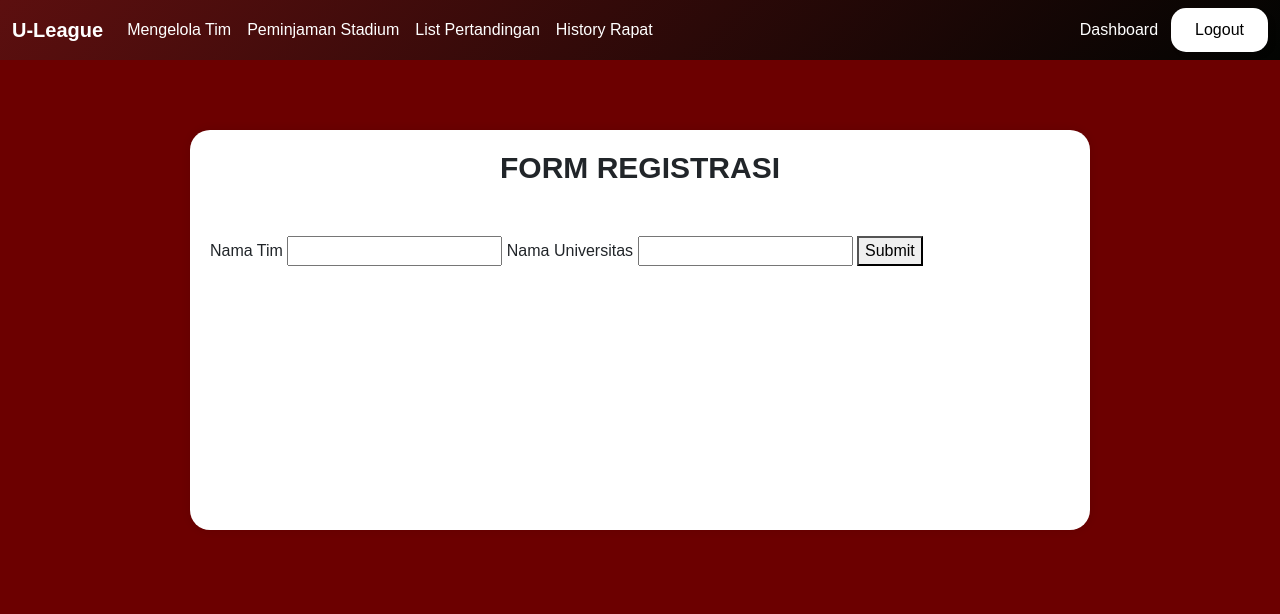
Repository: Basdat-F4/u-league
Page: team/templates/pendaftaran-tim.html
These files come from the project's save history. The page is drawn as it stood at one moment and after the next save; the edit follows.
The browser window is 1280 px wide. The pictures show the whole page.
The template is drawn by Django 4.2. The application's start-up code is not run. Other server files are loaded and not shown. The template is opened directly, without the code that normally fills it, so the values that code supplies are empty.

Above is the page before, as saved 2023-05-25 14:05:47.

### team/templates/pendaftaran-tim.html
<!DOCTYPE html>
<html>
<head>
	<title>Pendaftaran Tim</title>
    <meta charset="UTF-8">
    <meta http-equiv="X-UA-Compatible" content="IE=edge">
    <meta name="viewport" content="width=device-width, initial-scale=1.0">

    <link href="https://cdn.jsdelivr.net/npm/bootstrap@5.3.0-alpha3/dist/css/bootstrap.min.css" rel="stylesheet" integrity="sha384-KK94CHFLLe+nY2dmCWGMq91rCGa5gtU4mk92HdvYe+M/SXH301p5ILy+dN9+nJOZ" crossorigin="anonymous">
<style>
body {
	background-color: #6c0000;
	font-family: Arial, sans-serif;
	margin: 0;
	padding: 0;
}

.container {
	max-width: 1200px;
	margin: 0 auto;
	padding: 50px;
	display: flex;
	flex-wrap: wrap;
	justify-content: center;
	align-items: center;
}

.box {
    width: 900px;
    height: 400px;
	background-color: #fff;
	box-shadow: 0px 0px 10px rgba(0, 0, 0, 0.1);
	border-radius: 20px;
	padding: 20px;
	margin: 20px;
	min-width: center;

}

.box h2 {
	font-weight: bold;
	margin-top: 20;
    font-size: 30px;
}

.box h3 {
	margin-top: 0;
	margin-bottom: 0;
    font-size: 20px;
}
.box p{
    margin-top: 0;
	margin-bottom: 0;
    font-size: 15px;
    font-weight: lighter;
}
.box2 {
    width: 250px;
    height: 300px;
	background-color: #6c0000;
	box-shadow: 0px 0px 10px rgba(0, 0, 0, 0.1);
	border-radius: 20px;
	padding: 20px;
	margin: 20px;
	min-width: center;
    position: relative;
    top: -40px;
    left: -30px;

}
.submit-button {
    background-color: #6c0000; /* Green */
    border: none;
    color: white;
    padding: 15px 32px;
    text-align: center;
    text-decoration: none;
    display: inline-block;
    font-size: 16px;
    margin: 4px 2px;
    cursor: pointer;
    border-radius: 10px;
    font-size: 20px;
    font-weight: bold;
  }
	</style>
</head>
<body>
    <nav class="navbar navbar-expand-lg" style="background-image: linear-gradient(-45deg, rgb(2, 4, 2), rgb(92, 15, 15));">
        <div class="container-fluid">
          <a class="navbar-brand" style="font-weight: bold; color: white;" href="#">U-League</a>
          <button class="navbar-toggler" type="button" data-bs-toggle="collapse" data-bs-target="#navbarSupportedContent" aria-controls="navbarSupportedContent" aria-expanded="false" aria-label="Toggle navigation">
            <span class="navbar-toggler-icon"></span>
          </button>
          <div class="collapse navbar-collapse" id="navbarSupportedContent">
            <ul class="navbar-nav me-auto mb-2 mb-lg-0">
              <li class="nav-item">
                <a class="nav-link active" aria-current="page" style="color: white;" href="#">Mengelola Tim</a>
              </li>
              <li class="nav-item">
                <a class="nav-link" style="color: white;" href="#">Peminjaman Stadium</a>
              </li>
              <li class="nav-item">
                <a class="nav-link" style="color: white;" href="#">List Pertandingan</a>
              </li>
              <li class="nav-item">
                <a class="nav-link" style="color: white;" href="#">History Rapat</a>
              </li>
            </ul>
            <form class="d-flex">
              <button type="button" class="btn" style="color: white" data-bs-toggle="modal" data-bs-target="#newTaskModal">Dashboard</button>
              <button class="btn btn-primary" style="background-color: rgb(255, 255, 255); border: 0px; padding: 10px 24px; font-size: 16px; border-radius: 15px; color: white; filter: drop-shadow(4px 4px 2px rgba(0, 0, 0, 0.098));"><a class="link_below" style="text-decoration: none; color: rgb(0, 0, 0);" href="#">Logout</a></button>
            </form>
          </div>
        </div>
      </nav>
    <script src="https://cdn.jsdelivr.net/npm/bootstrap@5.3.0-alpha3/dist/js/bootstrap.bundle.min.js" integrity="sha384-ENjdO4Dr2bkBIFxQpeoTz1HIcje39Wm4jDKdf19U8gI4ddQ3GYNS7NTKfAdVQSZe" crossorigin="anonymous"></script>
	<div class="container">
		<div class="box">
			<h2 style="margin-bottom: 50px">FORM REGISTRASI</h2>
            <style>
                h2{
                    text-align: center;
                }
            </style>
      <!-- t" id="name" name="name" style="display: block; margin: 0 auto; font-weight: lighter; font-size: 20px; width: 700px;margin-bottom: 30px;"> -->
      <form action="{% url 'team:tes_daftar' %}" method="POST">
          {% csrf_token %}
          <label for="nama_tim">Nama Tim</label>
          <input type="text" id="nama_tim" name="nama_tim" required>
          <label for="nama_universitas">Nama Universitas</label>
          <input type="text" id="nama_universitas" name="nama_universitas" required>
          <button type="submit">Submit</button>
        </form>

        </div>

After the next save:
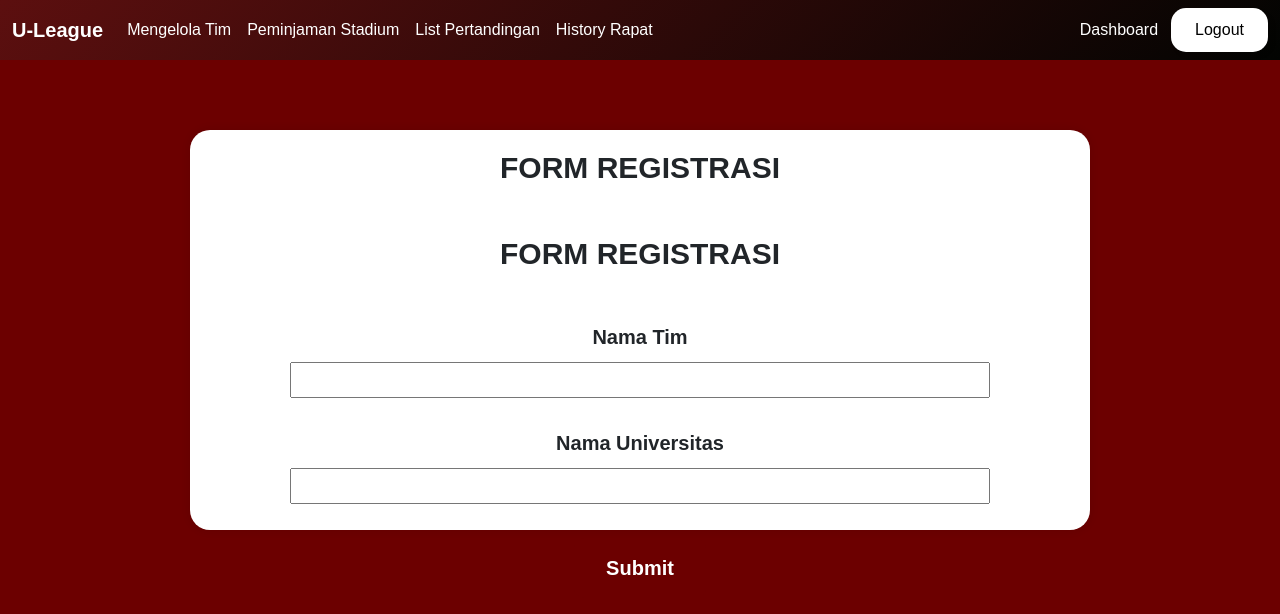
Saved 38 s later.
--- a/team/templates/pendaftaran-tim.html
+++ b/team/templates/pendaftaran-tim.html
@@ -124,13 +124,22 @@ body {
                 }
             </style>
       <!-- t" id="name" name="name" style="display: block; margin: 0 auto; font-weight: lighter; font-size: 20px; width: 700px;margin-bottom: 30px;"> -->
-      <form action="{% url 'team:tes_daftar' %}" method="POST">
-          {% csrf_token %}
-          <label for="nama_tim">Nama Tim</label>
-          <input type="text" id="nama_tim" name="nama_tim" required>
-          <label for="nama_universitas">Nama Universitas</label>
-          <input type="text" id="nama_universitas" name="nama_universitas" required>
-          <button type="submit">Submit</button>
-        </form>
+      <form action="{% url 'team:register_team' %}" method="POST">
+        {% csrf_token %}
+        <h2 style="margin-bottom: 50px">FORM REGISTRASI</h2>
+        <style>
+          h2 {
+            text-align: center;
+          }
+        </style>
+        <label for="name" style="display: block; margin: 0 auto; font-weight: bold; font-size: 20px; text-align: center; margin-bottom: 10px;">Nama Tim</label>
+        <input type="text" id="name" name="name" style="display: block; margin: 0 auto; font-weight: lighter; font-size: 20px; width: 700px; margin-bottom: 30px;">
+        <label for="univ" style="display: block; margin: 0 auto; font-weight: bold; font-size: 20px; text-align: center; margin-bottom: 10px;">Nama Universitas</label>
+        <input type="text" id="univ" name="univ" style="display: block; margin: 0 auto; font-weight: lighter; font-size: 20px; width: 700px; margin-bottom: 30px;">
+        <div style="display: flex; justify-content: center;">
+          <button type="submit" class="submit-button">Submit</button>
+        </div>
+      </form>
+
 
         </div>
